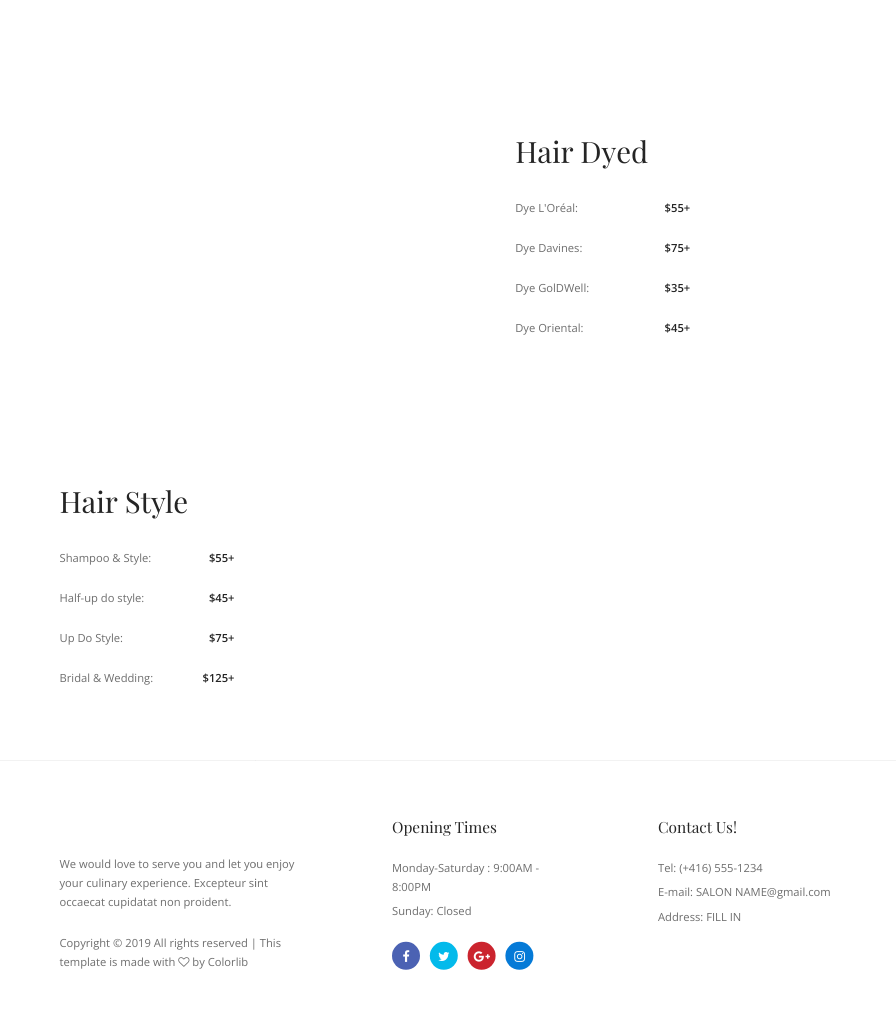
Repository: hanihassan1/Bay-wash-studio
Page: http://localhost/service
The author's editor kept a record of every edit. The page is drawn from the files as they stood at one moment, then again after the next edit.
The browser window is 1280 px wide. The pictures show the part of the page from y = 859 to 2779 px (the page is 2326 px tall before and 2779 px after), at 70% of full size.
The page is served by the project's application, run on Flask 3 (run.py).

Above is the page before.
Console error: TypeError: Cannot read properties of null (reading 'jQuery22409362962306477132')

### templates/service.html
{% extends 'base.html' %} {% block head %}
<script src="{{ url_for('static', filename='js/jquery.min.js')  }}"></script>

<!-- Popper -->
<script src="{{ url_for('static', filename='js/popper.min.js')  }}"></script>

<!-- Bootstrap -->
<script src="{{ url_for('static', filename='js/bootstrap.min.js')  }}"></script>

<!-- All Plugins -->
<script src="{{ url_for('static', filename='js/akame.bundle.js')  }}"></script>

<!-- Active -->

<script src="{{ url_for('static', filename='js/default-assets/active.js')  }}"></script>

<script src="{{ url_for('static', filename='gulpfile.js')  }}"></script>

<script src="{{ url_for('static', filename='js/main.js')  }}"></script>
{% endblock %} {% block content %}



<!-- Breadcrumb Area Start -->
<section class="breadcrumb-area section-padding-80">
    <div class="container">
        <div class="row">
            <div class="col-12">
                <div class="breadcrumb-content">
                    <h2>Our Services</h2>
                    <nav aria-label="breadcrumb">
                        <ol class="breadcrumb">
                            <li class="breadcrumb-item"><a href="{{url_for('index')}}"><i class="icon_house_alt"></i> Home</a></li>
                            <li class="breadcrumb-item active" aria-current="page">Services</li>
                        </ol>
                    </nav>
                </div>
            </div>
        </div>
    </div>
</section>
<!-- Breadcrumb Area End -->

<!-- Service Area Start -->
<section class="akame-service-area">

    <!-- Single Service Item -->
    <div class="single--service--item d-flex flex-wrap align-items-center">
        <!-- Service Content -->
        <div class="service-content">
            <div class="service-text">
                <h2>Hair Cuts</h2>
                <p><span>Women's Haircut:</span> <span>$35+</span></p>
                <p><span>Men's Haircut:</span> <span>$25+</span></p>

            </div>
        </div>
        <!-- Service Thumbnail -->
        <div class="service-thumbnail bg-img jarallax" style="background-image: url({{ url_for('static', filename='img/bg-img/30.jpg')  }});"></div>
    </div>

    <!-- Single Service Item -->
    <div class="single--service--item odd-item d-flex flex-wrap align-items-center">
        <!-- Service Thumbnail -->
        <div class="service-thumbnail bg-img jarallax" style="background-image: url({{ url_for('static', filename='img/bg-img/31.jpg')  }});"></div>

        <!-- Service Content -->
        <div class="service-content">
            <div class="service-text">
                <h2>Hair Dyed</h2>
                <p><span>Dye L'Oréal:</span> <span>$55+</span></p>
                <p><span>Dye Davines:</span> <span>$75+</span></p>
                <p><span>Dye GolDWell:</span> <span>$35+</span></p>
                <p><span>Dye Oriental:</span> <span>$45+</span></p>
            </div>
        </div>
    </div>

    <!-- Single Service Item -->
    <div class="single--service--item d-flex flex-wrap align-items-center">
        <!-- Service Content -->
        <div class="service-content">
            <div class="service-text">
                <h2>Hair Style</h2>
                <p><span>Shampoo &amp; Style:</span> <span>$55+</span></p>
                <p><span>Half-up do style:</span> <span>$45+</span></p>
                <p><span>Up Do Style:</span> <span>$75+</span></p>
                <p><span>Bridal &amp; Wedding:</span> <span>$125+</span></p>
            </div>
        </div>
        <!-- Service Thumbnail -->
        <div class="service-thumbnail bg-img jarallax" style="background-image: url({{ url_for('static', filename='img/bg-img/32.jpg')  }});"></div>
    </div>

</section>
<!-- Service Area End -->


{% endblock %}

### templates/base.html
<!DOCTYPE html>
<html lang="en">

<head>
    <meta charset="UTF-8">
    <meta name="description" content="">
    <meta http-equiv="X-UA-Compatible" content="IE=edge">
    <meta name="viewport" content="width=device-width, initial-scale=1, shrink-to-fit=no">


    <!-- Title -->
    <title>SALON</title>



    <!-- Stylesheet -->

    <link href="{{ url_for('static', filename='style.css')  }}" rel="stylesheet" type="text/css">

    {% block head %} {% endblock %}
</head>

<body>
    <!-- Preloader -->
    <div id="preloader">
        <div class="loader"></div>
    </div>
    <!-- /Preloader -->

    <!-- Header Area Start -->
    <header class="header-area">
        <!-- Top Header Area Start -->
        <div class="top-header-area">
            <div class="container h-100">
                <div class="row h-100 align-items-center">
                    <div class="col-5">
                        <div class="top-header-content">
                            <p>salon logo(img) & name</p>
                        </div>
                    </div>
                    <div class="col-7">
                        <div class="top-header-content text-right">
                            <p><i class="fa fa-clock-o" aria-hidden="true"></i> Mon-Sat: 9:00 am to 8:00 pm Sun:Closed<span class="mx-2"></span> | <span class="mx-2"></span> <i class="fa fa-phone" aria-hidden="true"></i> Call us: (+416)-555-1234</p>
                        </div>
                    </div>
                </div>
            </div>
        </div>
        <!-- Top Header Area End -->

        <!-- Main Header Start -->
        <div class="main-header-area">
            <div class="classy-nav-container breakpoint-off">
                <div class="container">
                    <!-- Classy Menu -->
                    <nav class="classy-navbar justify-content-between" id="akameNav">

                        <!-- Logo -->
                        <a class="nav-brand" href="index.html"><img src="img/core-img/logo.png" alt=""></a>

                        <!-- Navbar Toggler -->
                        <div class="classy-navbar-toggler">
                            <span class="navbarToggler"><span></span><span></span><span></span></span>
                        </div>

                        <!-- Menu -->
                        <div class="classy-menu">
                            <!-- Menu Close Button -->
                            <div class="classycloseIcon">
                                <div class="cross-wrap"><span class="top"></span><span class="bottom"></span></div>
                            </div>
                            <!-- Nav Start -->
                            <div class="classynav">
                                <ul id="nav">
                                    <li class="active"><a href="./index.html">Home</a></li>

                                    <li><a href="./portfolio.html">Gallery</a></li>
                                    <li><a href="./service.html">Services</a></li>


                                    <li><a href="./contact.html">Contact</a></li>
                                </ul>

                                <!-- Cart Icon -->
                                <div class="cart-icon ml-5 mt-4 mt-lg-0">
                                    <a href="#"><i class="icon_cart"></i></a>
                                </div>

                                <!-- Book Icon -->
                                <div class="book-now-btn ml-5 mt-4 mt-lg-0 ml-md-4">
                                    <a href="#" class="btn akame-btn">Book Now</a>
                                </div>
                            </div>
                            <!-- Nav End -->
                        </div>
                    </nav>
                </div>
            </div>
        </div>
    </header>
    <!-- Header Area End -->

    <!-- Main Area Start -->
    <div class="main">

        {% block content %} {% endblock %}

    </div>
    <!-- Main Area End -->


    <!-- Footer Area Start -->
    <footer class="footer-area section-padding-80-0">
        <div class="container">
            <div class="row justify-content-between">

                <!-- Single Footer Widget -->
                <div class="col-12 col-sm-6 col-md-4">
                    <div class="single-footer-widget mb-80">
                        <!-- Footer Logo -->
                        <a href="#" class="footer-logo"><img src="" alt=""></a>

                        <p class="mb-30">We would love to serve you and let you enjoy your culinary experience. Excepteur sint occaecat cupidatat non proident.</p>

                        <!-- Copywrite Text -->
                        <div class="copywrite-text">
                            <p>
                                <!-- Link back to Colorlib can't be removed. Template is licensed under CC BY 3.0. -->
                                Copyright &copy;
                                <script>
                                    document.write(new Date().getFullYear());
                                </script> All rights reserved | This template is made with <i class="fa fa-heart-o" aria-hidden="true"></i> by <a href="https://colorlib.com" target="_blank">Colorlib</a>
                                <!-- Link back to Colorlib can't be removed. Template is licensed under CC BY 3.0. -->
                            </p>
                        </div>
                    </div>
                </div>

                <!-- Single Footer Widget -->
                <div class="col-12 col-sm-6 col-md-4 col-xl-3">
                    <div class="single-footer-widget mb-80">
                        <!-- Widget Title -->
                        <h4 class="widget-title">Opening times</h4>

                        <!-- Open Times -->
                        <div class="open-time">
                            <p>Monday-Saturday : 9:00AM - 8:00PM</p>
                            <p>Sunday: Closed</p>
                        </div>

                        <!-- Social Info -->
                        <div class="social-info">
                            <a href="#" class="facebook"><i class="fa fa-facebook"></i></a>
                            <a href="#" class="twitter"><i class="fa fa-twitter"></i></a>
                            <a href="#" class="google-plus"><i class="fa fa-google-plus"></i></a>
                            <a href="#" class="instagram"><i class="fa fa-instagram"></i></a>
                        </div>
                    </div>
                </div>

                <!-- Single Footer Widget -->
                <div class="col-12 col-md-4 col-xl-3">
                    <div class="single-footer-widget mb-80">

                        <!-- Widget Title -->
                        <h4 class="widget-title">Contact Us!</h4>

                        <!-- Contact Address -->
                        <div class="contact-address">
                            <p>Tel: (+416) 555-1234</p>
                            <p>E-mail: SALON NAME@gmail.com</p>
                            <p>Address: FILL IN</p>
                        </div>
                    </div>
                </div>

            </div>
        </div>
    </footer>
    <!-- Footer Area End -->

    <!-- All JS Files -->
    <!-- jQuery -->
       <script src="{{ url_for('static', filename='js/jquery.min.js')  }}"></script>

    <!-- Popper -->
    <script src="{{ url_for('static', filename='js/popper.min.js')  }}"></script>

    <!-- Bootstrap -->
     <script src="{{ url_for('static', filename='js/bootstrap.min.js')  }}"></script>

    <!-- All Plugins -->
    <script src="{{ url_for('static', filename='js/akame.bundle.js')  }}"></script>

    <!-- Active -->

    <script src="{{ url_for('static', filename='js/default-assets/active.js')  }}"></script>

    <script src="{{ url_for('static', filename='gulpfile.js')  }}"></script>

    <script src="{{ url_for('static', filename='js/main.js')  }}"></script>

</body>

</html>

### run.py
import os
from flask import Flask,render_template, request, redirect,flash, jsonify, url_for
import json
from flask_mail import Mail, Message
import pymysql


app = Flask(__name__)

connection = pymysql.connect(host='mydatabase.cccssd5sqciz.ca-central-1.rds.amazonaws.com',
                            user='root',
                            password='root1234',
                            db='SALON',
                            )

app.secret_key = "its_secure"


app.config['MAIL_SERVER']= 'smtp.gmail.com'
app.config['MAIL_PORT'] = 465
app.config['MAIL_USERNAME'] = 'baywashstudio@gmail.com'
app.config['MAIL_PASSWORD'] = "Root12345"
app.config['MAIL_USE_TLS'] = False
app.config['MAIL_USE_SSL'] = True
app.config['MAIL_DEFAULT_SENDER'] = 'baywashstudio@gmail.com'
mail = Mail(app)


# @app.route('/')
# def index():
#     msg = Message('MAIL TEST', recipients = ['hani.hassan1@gmail.com'])
#     msg.body = "this is a test email"
#     # msg.html = " <b> bold html msg test</b>"
#     mail.send(msg)
#     return "Sent"





@app.route('/contact',methods=["GET", "POST"])
def contact():
    if request.method=="POST":
        print(request.form)
        username = request.form['first-name'] + " " + request.form['last-name']
        add_user(username, request.form['phone'], request.form['email'])
        last_added_user_id = get_last_user_id()
        print(last_added_user_id, "last_added_user_id", request.form['time'])
        add_booking(request.form['date'], request.form['service'],request.form['time'],last_added_user_id)
        send_mail(username, request.form['email'])
        send_mail_employee(username, request.form['date'], request.form['service'],request.form['time'],
        request.form['phone'])
        flash("Hello {}, Your booking was submitted".format(request.form['first-name']))
        return redirect(url_for('contact'))

    return render_template("contact.html", title = "Contact")


def send_mail(username, email):
    user_mail_list = []
    user_mail_list.append(email)
    print(user_mail_list,"user_mail_list")
    msg = Message(subject="Hello, {}".format(username),recipients=user_mail_list)
    msg.body="You're booked!.\Your appointment is on {} at {},your service is {}" .format(request.form['date'],
    request.form['time'], request.form['service'])
    mail.send(msg)

def send_mail_employee(username,date, service,time,phone):
    msg = Message(subject="New Booking",recipients=["baywashstudio@gmail.com"])
    msg.body="Your booking is confirmed."
    mail.send(msg)

@app.route('/')
def index():
     return render_template("index.html", title = "Home")


@app.route('/portfolio')
def portfolio():
     return render_template("portfolio.html", title = "Gallery")

@app.route('/service')
def service():
     return render_template("service.html", title = "Services")


def add_user(username, phone_no, email_add ):
    try:
        with connection.cursor() as cursor:
            sql = """INSERT INTO CUSTOMERS (CUSTOMER_NAME, CUSTOMER_TELEPHONE,
            CUSTOMER_EMAIL) VALUES ('{}', '{}', '{}');""".format(username, phone_no, email_add)
            cursor.execute(sql)
            connection.commit()
            cursor.close()
    finally:
        print("ok")


def get_last_user_id():
 try:
        with connection.cursor(pymysql.cursors.DictCursor) as cursor:
          sql = """ SELECT MAX(CUSTOMER_ID) FROM CUSTOMERS;"""
          cursor.execute(sql)
          result = cursor.fetchall()
          return result[0]['MAX(CUSTOMER_ID)']
 finally:
        return True


def add_booking(date, service_id, time,customer_id):
  try:
        print(time, "time is time")
        with connection.cursor() as cursor:
            sql = """INSERT INTO BOOKINGS (DATE, SERVICE_ID, TIME,
            CUSTOMER_ID) VALUES ('{}', {}, '{}', {});""".format(date,service_id,
            time,customer_id)
            cursor.execute(sql)
            connection.commit()
            cursor.close()
  finally:
            connection.close()
#   TIME ADD



if __name__ == '__main__':
    app.run(host=os.environ.get('IP'),
    port=int(os.environ.get('PORT')),
    debug=True)

Loaded but not shown: static/js/jquery.min.js (library); static/js/popper.min.js (library); static/js/bootstrap.min.js (library); static/js/akame.bundle.js (library); static/css/bootstrap.min.css (library); static/css/animate.css (library); static/css/default-assets/audioplayer.css (library); static/css/owl.carousel.min.css (common file); static/css/magnific-popup.css (library); static/css/font-awesome.min.css (library); static/js/default-assets/active.js (199 lines, source omitted); static/gulpfile.js (90 lines, source omitted); static/style.css (1708 lines, source omitted); static/css/style.css (1157 lines, source omitted); static/css/default-assets/classy-nav.css (670 lines, source omitted); static/js/main.js (no copy from this time; the picture is the same without it)

After the next edit:
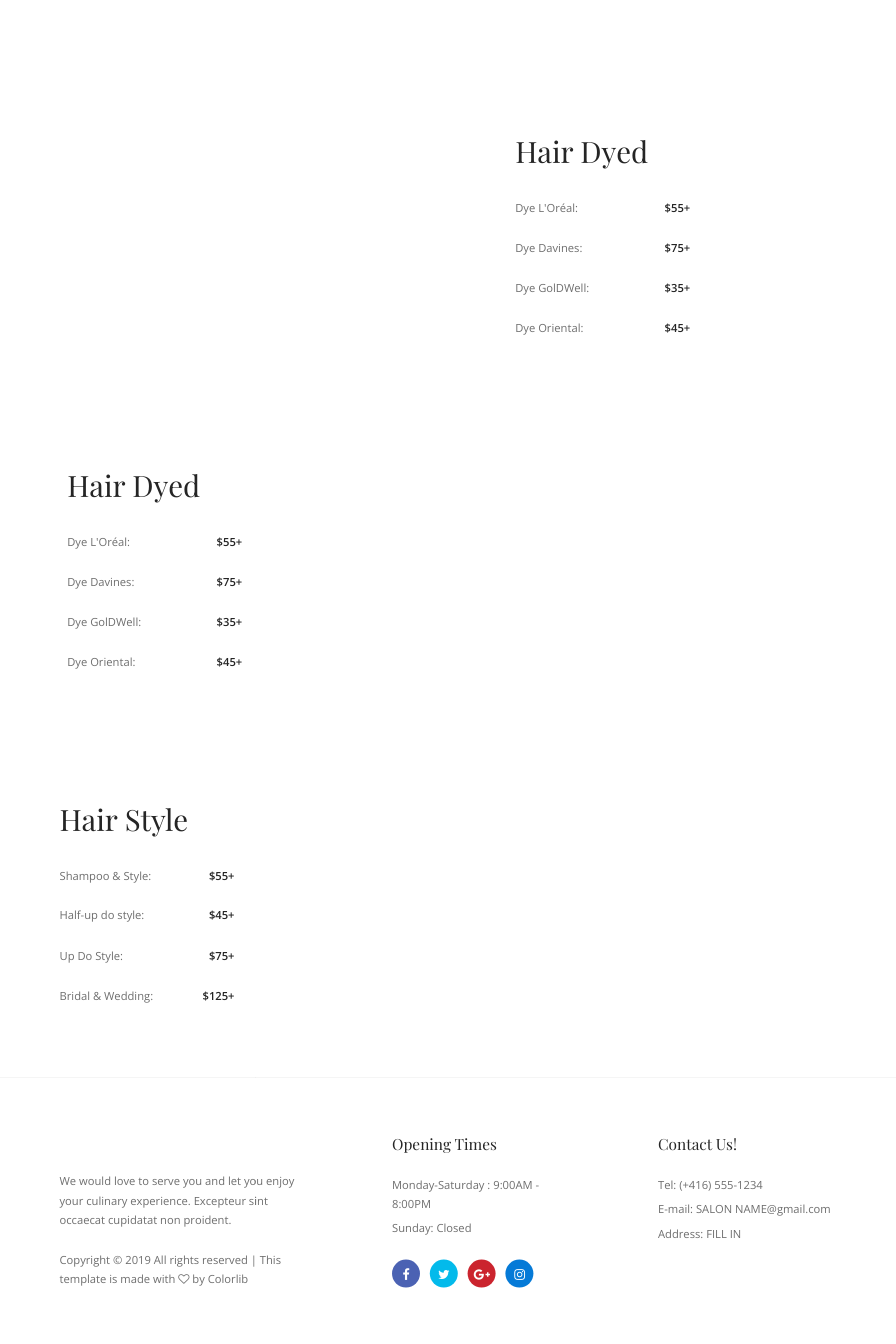
The edit:
--- a/templates/service.html
+++ b/templates/service.html
@@ -76,6 +76,25 @@
         </div>
     </div>
 
+
+ <div class="single--service--item odd-item d-flex flex-wrap align-items-center">
+        <!-- Service Thumbnail -->
+
+
+        <!-- Service Content -->
+        <div class="service-content">
+            <div class="service-text">
+                <h2>Hair Dyed</h2>
+                <p><span>Dye L'Oréal:</span> <span>$55+</span></p>
+                <p><span>Dye Davines:</span> <span>$75+</span></p>
+                <p><span>Dye GolDWell:</span> <span>$35+</span></p>
+                <p><span>Dye Oriental:</span> <span>$45+</span></p>
+            </div>
+        </div>
+    </div>
+
+
+
     <!-- Single Service Item -->
     <div class="single--service--item d-flex flex-wrap align-items-center">
         <!-- Service Content -->
